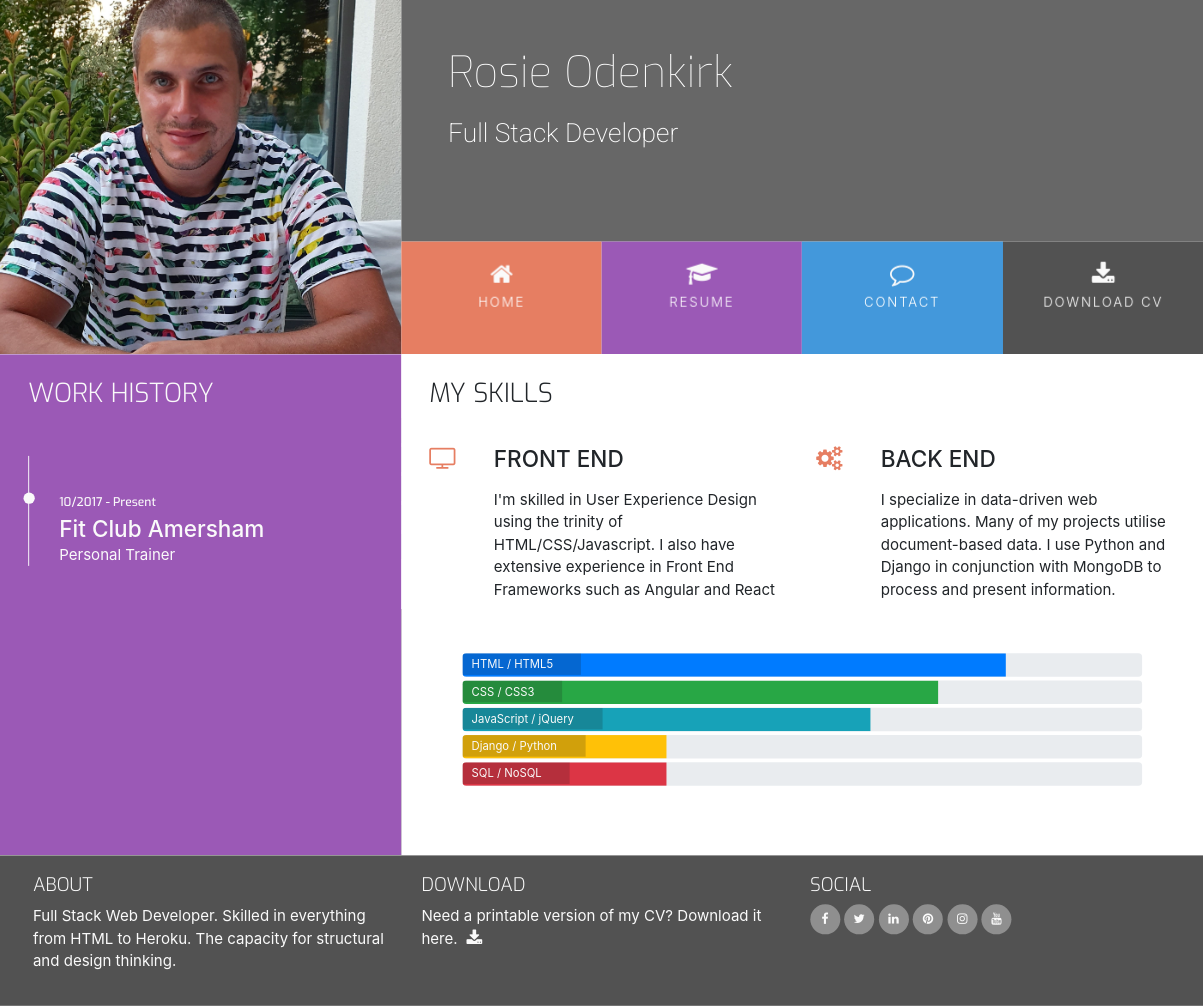
Repository: marcomoreschi/Mini-Project
Page: resume.html
The author's editor kept a record of every edit. The page is drawn from the files as they stood at one moment, then again after the next edit.
The browser window is 1280 px wide. The pictures show the whole page, at 94% of full size.
Some web libraries are served in a nearby version.

Above is the page before.

After the next edit:
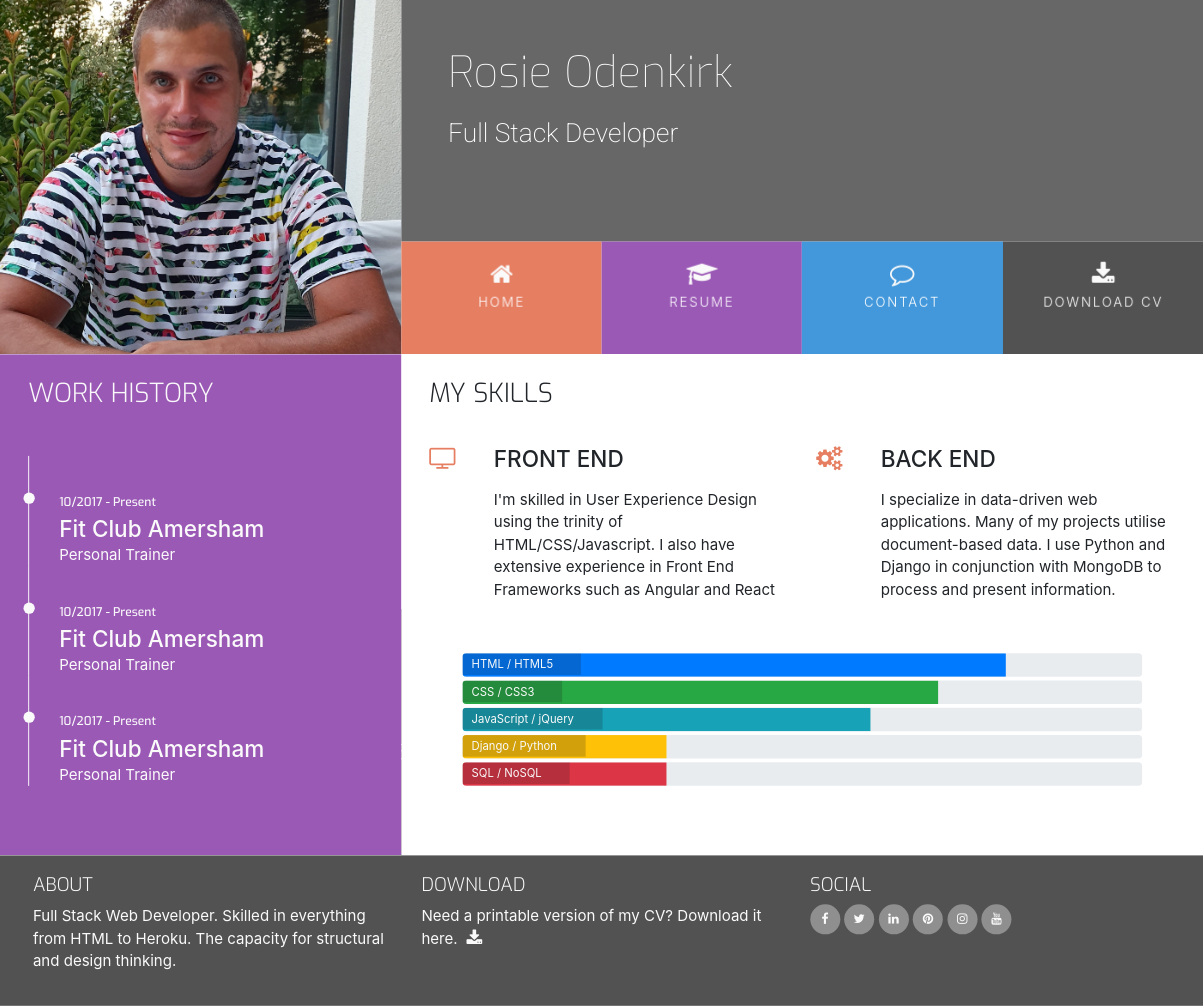
The edit:
--- a/resume.html
+++ b/resume.html
@@ -56,6 +56,14 @@
                     <h4>Fit Club Amersham</h4>
                     <p>Personal Trainer</p>
                 </div>
+                <div class="timeline-item" data-dates= "10/2017 - Present">
+                    <h4>Fit Club Amersham</h4>
+                    <p>Personal Trainer</p>
+                </div>
+                <div class="timeline-item" data-dates= "10/2017 - Present">
+                    <h4>Fit Club Amersham</h4>
+                    <p>Personal Trainer</p>
+                </div>
             </div>
             <div class="col-md-8 bg-color-three-reasons section-column">
                 <div class="row">
